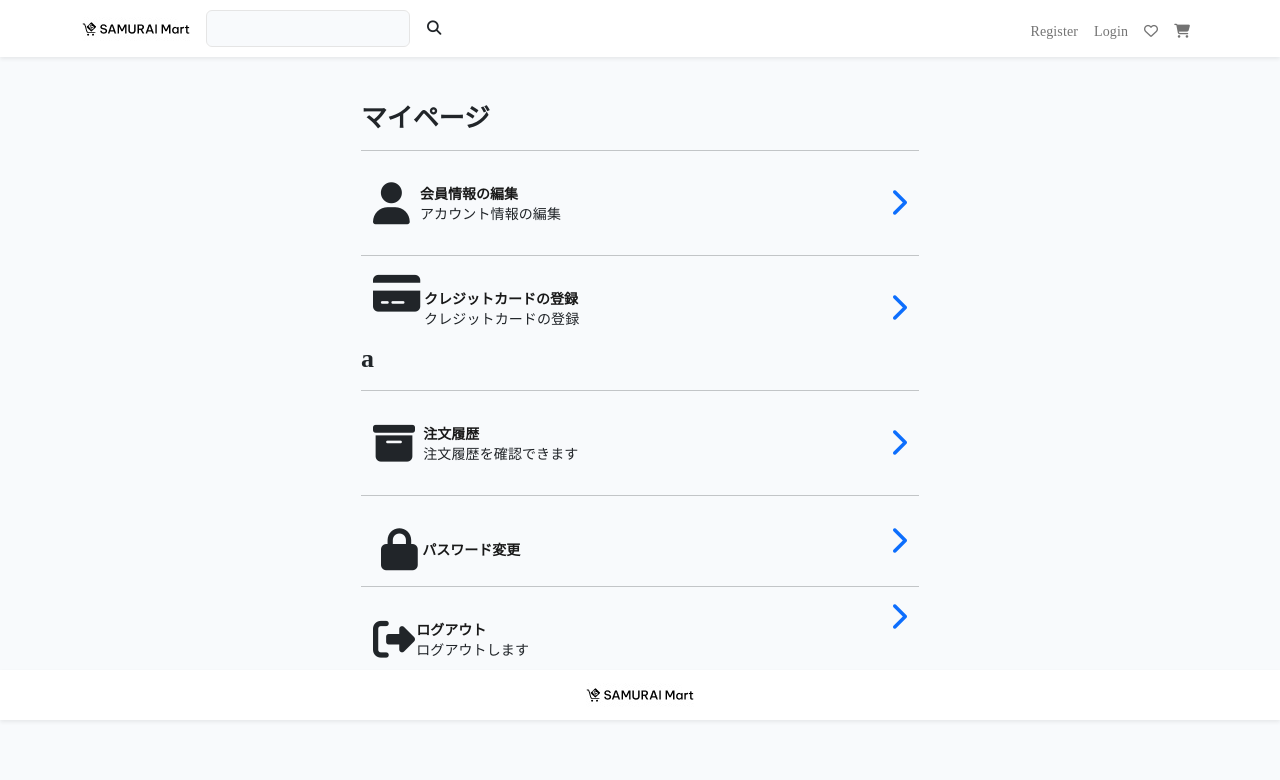
Repository: Satoshi514/laravel_samuraimart
Page: http://localhost/users/mypage
An editor plug-in stored every save of this project. The page is shown before and after the next save, followed by the edit.
The browser window is 1280 px wide. The pictures show the whole page.
Some web libraries are served in a nearby version. The page is served by the project's Laravel application, run on PHP 8.4 with Laravel 9. Style sheets and scripts are compiled from the project's sources, by tool versions that may differ from the author's.

Above is the page before, as saved 2023-06-19 11:28:47.

After the next save:
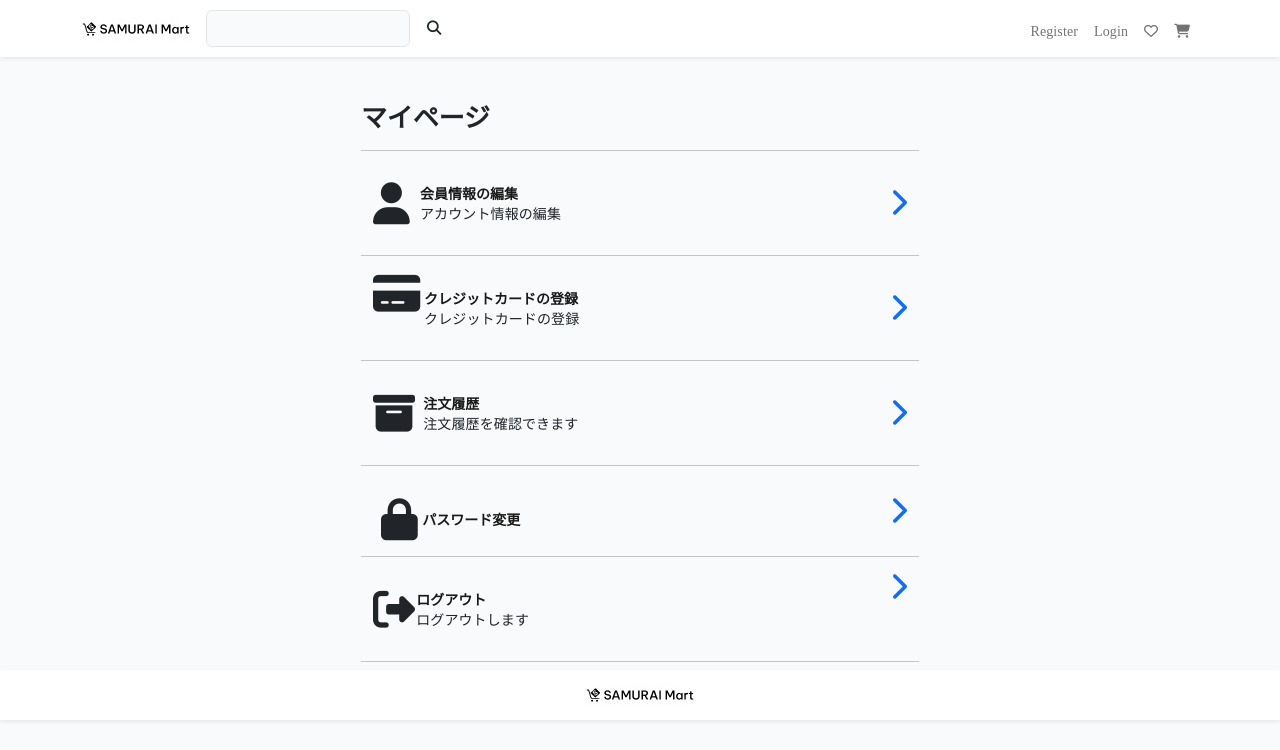
Saved 5 min 32 s later.
--- a/resources/views/users/mypage.blade.php
+++ b/resources/views/users/mypage.blade.php
@@ -50,7 +50,6 @@
         </div>
       </div>
     </div>
-    <h1> a </h1>
 
     <hr>
 
